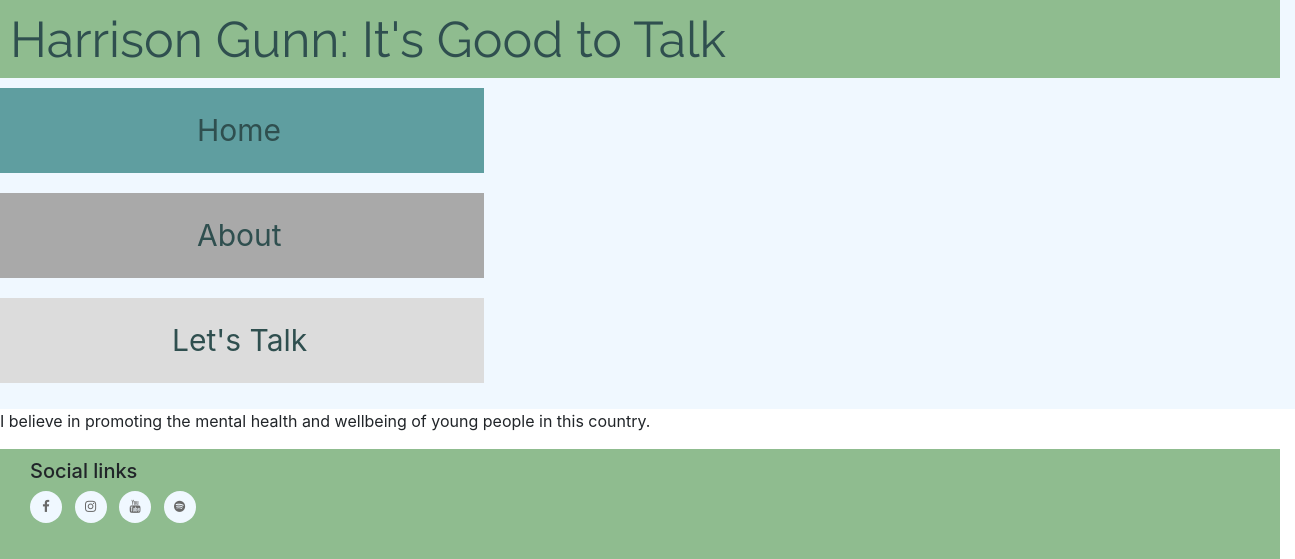
Repository: Leannald13/mile-stone-project-html
Page: index.html
The author's editor kept a record of every edit. The page is drawn from the files as they stood at one moment, then again after the next edit.
The browser window is 1280 px wide. The page is 1295 px wide, so the pictures cover 1295 px, including what lies to the right of the window. The pictures show the part of the page from y = 500 to 1059 px (the page is 1059 px tall before and 784 px after).

Above is the page before.

### index.html
<!DOCTYPE html>
<html lang="en">

<head>
    <meta charset="UTF-8">
    <meta name="viewport" content="width=device-width, initial-scale=1.0">
    <meta http-equiv="X-UA-Compatible" content="ie=edge">
    <link rel="stylesheet" href="https://stackpath.bootstrapcdn.com/bootstrap/4.3.1/css/bootstrap.min.css" type="text/css" />
    <link rel="stylesheet" href="https://cdnjs.cloudflare.com/ajax/libs/hover.css/2.3.1/css/hover-min.css" type="text/css" />
    <link rel="stylesheet" href="https://stackpath.bootstrapcdn.com/font-awesome/4.7.0/css/font-awesome.min.css" type="text/css" />
    <link rel="stylesheet" href="assets/css/style.css" type="text/css" />
    <title>Harrison</title>
</head>

<body>
    <header>
        <div class="row">
            <a href="index.html" class="col-md-12 logo">

            </a>
        </div>
        <div class="row">
            <div class="col-sm-12">
                <div class="row no-gutters bg-color-name">
                    <div class="col heading">
                        <h1 class="name">Harrison Gunn: It's Good to Talk</h1>
                    </div>
                </div>
            </div>





            <div class="row">
                <div class="col">
                    <ul id="nav" class="list-inline menucontainer">
                        <li class="col col-sm-12 ui-menu-color-home list-inline-item menuitem text-center">
                            <a href="index.html" class="hvr-wobble-horizontal"><span>Home</span></a>
                        </li>
                        <li class="col col-sm-12 ui-menu-color-general list-inline-item menuitem text-center">
                            <a href="general.html" class="hvr-wobble-horizontal"><span>About</span></a>
                        </li>
                        <li class="col col-sm-12 ui-menu-color-contact list-inline-item menuitem text-center">
                            <a href="contact.html" class="hvr-wobble-horizontal"><span>Let's Talk</span></a>
                        </li>
                    </ul>
                </div>
            </div>



    </header>
    <section>
        <p>I believe in promoting the mental health and wellbeing of young people in this country.</p>

    </section>
    <footer>
        <div class="container-fluid">
            <div class="col sm-12">
                <h5 class="general-sub">Social links</h5>
                <ul class="list-inline social-links">
                    <li class="list-inline-item">
                        <a target="_blank" href="https://www.facebook.com/harrison.gunn.16">
                           <i class="fa fa-facebook" aria-hidden="true"></i>
                           <span class="sr-only">Facebook</span>
                        </a>
                    </li>
                    <li class="list-inline-item">
                        <a target="_blank" href="https://www.instagram.com/harrisongunn_/">
                           <i class="fa fa-instagram" aria-hidden="true"></i>
                           <span class="sr-only">Instagram</span>
                        </a>
                    </li>
                    <li class="list-inline-item">
                        <a target="_blank" href="https://www.youtube.com/channel/UCEPhcVc_ooMeZwhF5X4OEYg">
                           <i class="fa fa-youtube" aria-hidden="true"></i>
                           <span class="sr-only">YouTube</span>
                           </a>
                    </li>
                    <li class="list-inline-item">
                        <a target="_blank" href="spotify:show:1azq4fgMCEafJTPjsGm6tL">
                           <i class="fa fa-spotify" aria-hidden="true"></i>
                           <span class="sr-only">Spotify</span>
                           </a>
                    </li>
            </div>
        </div>
    </footer>
</body>

</html>

### assets/css/style.css
@import url('https://fonts.googleapis.com/css?family=Raleway&display=swap');


/* -------------------------------------------------------------Heading */

.logo {
    background: url("../images/haribo.jpg");
    background-position: center;
    background-repeat: no-repeat;
    background-size: cover;
    width: 100%;
    height: 500px;
    transition: all .5s;
    display: block;
}

.heading {
    background-color: #8fbc8f;
    width: 100%;
    padding-top: 10px;
}




.bg-color-name {
    font-family: "Raleway", sans-serif;
    color: #2f4f4f;
    text-align: left;
    font-weight: 100;
    width: 100%;

}

.name {
    font-size: 50px;
    padding-left: 10px;
}

/* -------------------------------------------------------------Menu items within heading */

.menuitem,
.menuitem a,
.menuitem a i {
    font-size: 30px;
    color: #2f4f4f;
    margin: 10px;
    padding: 5px;
    text-align: center;
}

.menuitem span {
  width: 100%;
  text-align: center;
  font-weight: 400;
}



.ui-menu-color-home {
    padding-left: 5px;
    background-color: #5F9EA0;
}

.ui-menu-color-general {
    background-color: #A9A9A9;
    padding: 5px;
}

.ui-menu-color-contact {
    background-color: #DCDCDC;
    padding: 5px;
}

.text-center {
    width: 100%;
}


/* -------------------------------------------------------------Section */

.row {
    background-color: #F0F8FF;

}

/* -------------------------------------------------------------Section General.html */

.wrapper {
    display: inline;
    width: 100%;
    margin: auto;

}

/* -------------------------------------------------------------Footer */

footer {
    background-color: #8fbc8f;
    padding-bottom: 20px;

}

.social-links li a i {
    width: 32px;
    height: 32px;
    padding-top: 12px;
    border-radius: 50%;
    font-size: 13px;
    line-height: 7px;
    text-align: center;
    color: #696969;
    background: #f0f8ff;
    background-position: center;
    transition: all 0.35s ease-in-out;
}

.general-sub {
    padding-top: 10px;
}

After the next edit:
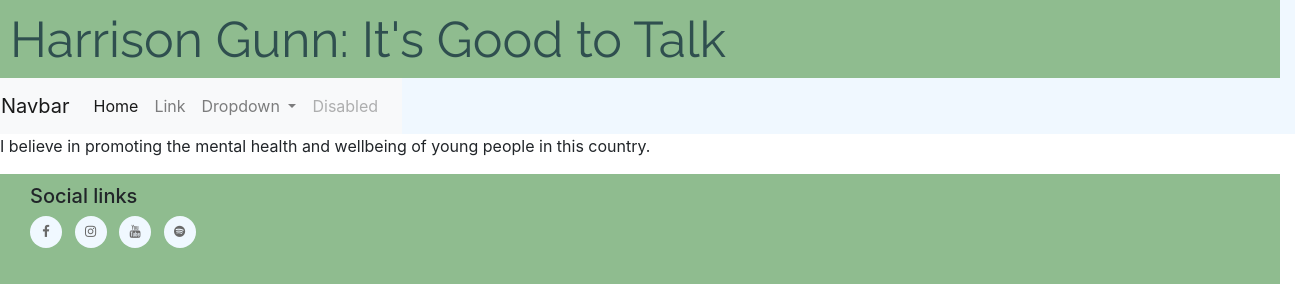
The edit:
--- a/index.html
+++ b/index.html
@@ -31,22 +31,38 @@
 
 
 
+<nav class="navbar navbar-expand-lg navbar-light bg-light">
+  <a class="navbar-brand" href="#">Navbar</a>
+  <button class="navbar-toggler" type="button" data-toggle="collapse" data-target="#navbarSupportedContent" aria-controls="navbarSupportedContent" aria-expanded="false" aria-label="Toggle navigation">
+    <span class="navbar-toggler-icon"></span>
+  </button>
 
-            <div class="row">
-                <div class="col">
-                    <ul id="nav" class="list-inline menucontainer">
-                        <li class="col col-sm-12 ui-menu-color-home list-inline-item menuitem text-center">
-                            <a href="index.html" class="hvr-wobble-horizontal"><span>Home</span></a>
-                        </li>
-                        <li class="col col-sm-12 ui-menu-color-general list-inline-item menuitem text-center">
-                            <a href="general.html" class="hvr-wobble-horizontal"><span>About</span></a>
-                        </li>
-                        <li class="col col-sm-12 ui-menu-color-contact list-inline-item menuitem text-center">
-                            <a href="contact.html" class="hvr-wobble-horizontal"><span>Let's Talk</span></a>
-                        </li>
-                    </ul>
-                </div>
-            </div>
+  <div class="collapse navbar-collapse" id="navbarSupportedContent">
+    <ul class="navbar-nav mr-auto">
+      <li class="nav-item active">
+        <a class="nav-link" href="#">Home <span class="sr-only">(current)</span></a>
+      </li>
+      <li class="nav-item">
+        <a class="nav-link" href="#">Link</a>
+      </li>
+      <li class="nav-item dropdown">
+        <a class="nav-link dropdown-toggle" href="#" id="navbarDropdown" role="button" data-toggle="dropdown" aria-haspopup="true" aria-expanded="false">
+          Dropdown
+        </a>
+        <div class="dropdown-menu" aria-labelledby="navbarDropdown">
+          <a class="dropdown-item" href="#">Action</a>
+          <a class="dropdown-item" href="#">Another action</a>
+          <div class="dropdown-divider"></div>
+          <a class="dropdown-item" href="#">Something else here</a>
+        </div>
+      </li>
+      <li class="nav-item">
+        <a class="nav-link disabled" href="#">Disabled</a>
+      </li>
+    </ul>
+
+  </div>
+</nav>
 
 
 
